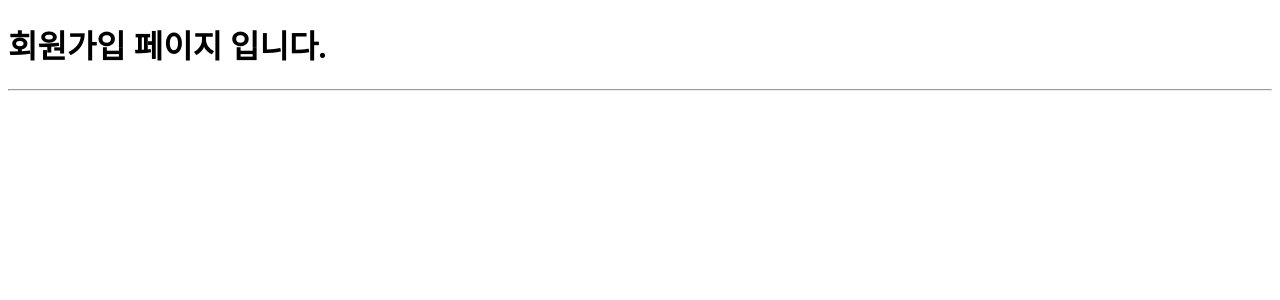
Repository: gouthiki90/web
Page: first1/src/main/webapp/post/list.html
These files come from the project's save history. The page is drawn as it stood at one moment and after the next save; the edit follows.
The browser window is 1280 px wide. The pictures show the whole page.

Above is the page before, as saved 2022-02-22 03:23:41.

### first1/src/main/webapp/post/list.html
<!DOCTYPE html>
<html>
<head>
<meta charset="UTF-8">
<title>Insert title here</title>
</head>
<body>
<h1>회원가입 페이지 입니다.</h1>
<hr />
</body>
</html>

After the next save:
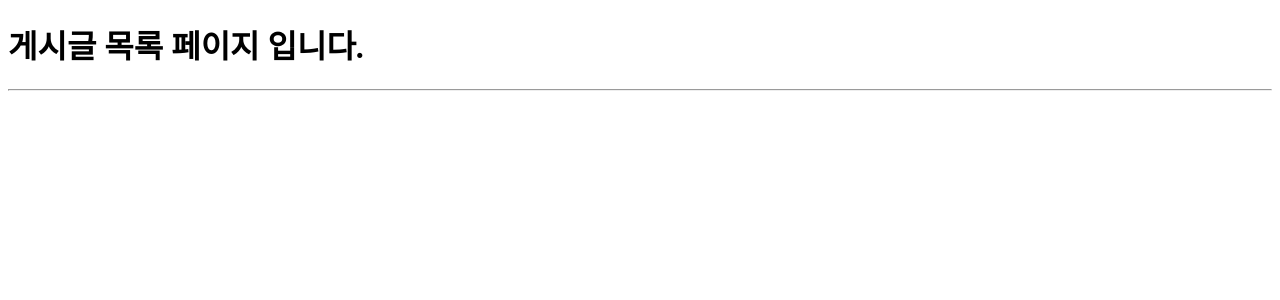
Saved 35 s later.
--- a/first1/src/main/webapp/post/list.html
+++ b/first1/src/main/webapp/post/list.html
@@ -5,7 +5,7 @@
 <title>Insert title here</title>
 </head>
 <body>
-<h1>회원가입 페이지 입니다.</h1>
+<h1>게시글 목록 페이지 입니다.</h1>
 <hr />
 </body>
 </html>
